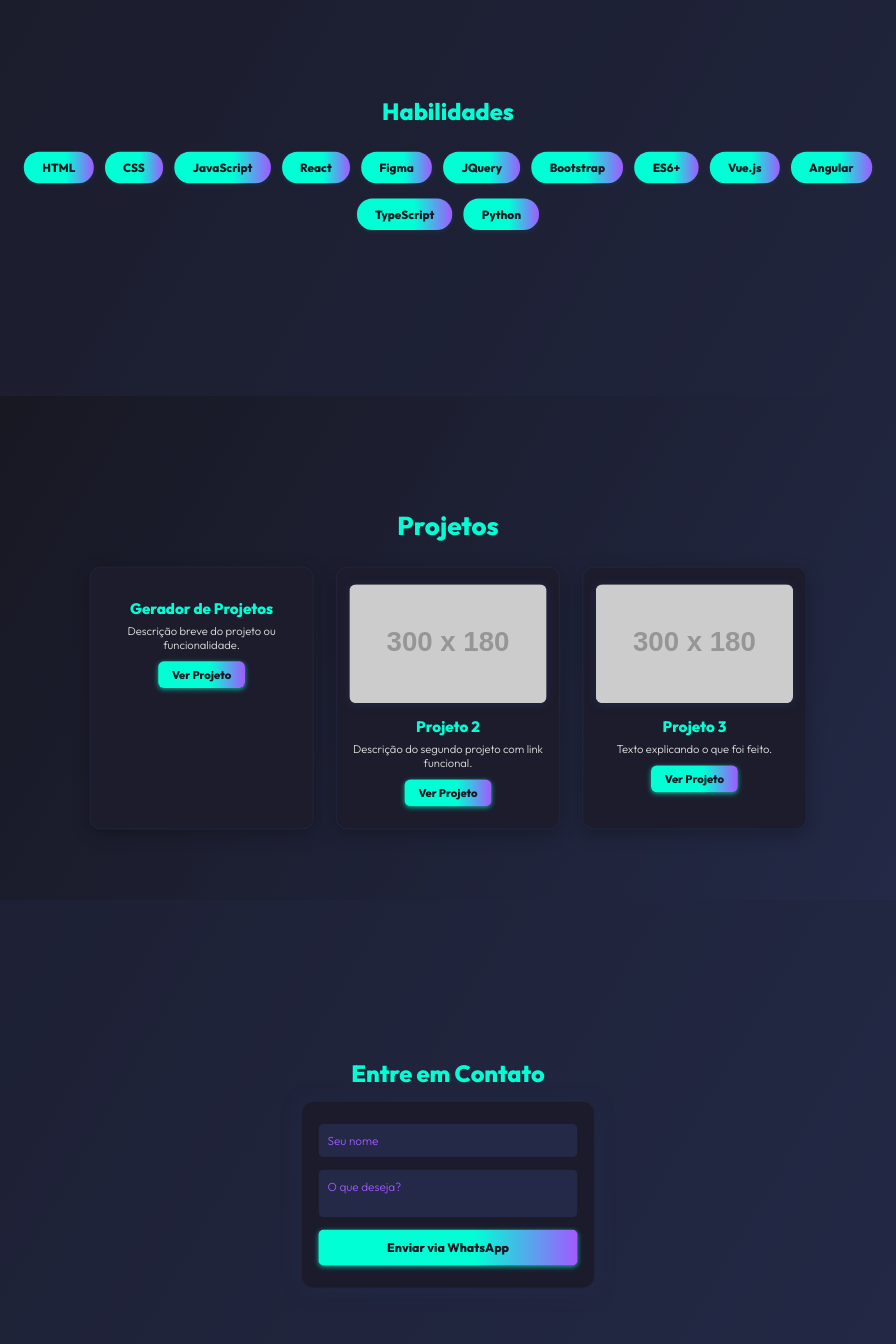
Repository: Wbyh7z/meu-portfolio
Page: index.html
The author's editor kept a copy of each file at every save. The page is drawn from the files as they stood at one save, then again after the next save.
The browser window is 1280 px wide. The pictures show the part of the page from y = 1594 to 3514 px (the page is 3696 px tall), at 70% of full size.

Above is the page before, as saved 2025-08-11 00:20:06.

### index.html
<!DOCTYPE html>
<html lang="pt-br">
<head>
  <meta charset="UTF-8" />
  <meta name="viewport" content="width=device-width, initial-scale=1.0"/>
  <title>Portfólio - Freelancer Metzad</title>
  <meta name="description" content="Portfólio de Weberty Marcilio, desenvolvedor front-end. Veja projetos, habilidades e entre em contato.">
  <link rel="icon" href="../img/IMG_1729.JPG" type="image/jpeg">
  <link rel="stylesheet" href="style.css" />
  <link href="https://fonts.googleapis.com/css2?family=Outfit:wght@300;600;800&display=swap" rel="stylesheet">
</head>
<body>
  <nav class="navbar">
    <div class="menu-toggle" id="menu-toggle" aria-label="Abrir menu" tabindex="0">
      <span></span>
      <span></span>
      <span></span>
    </div>
    <ul id="nav-list">
      <li><a href="#inicio" class="active" aria-label="Ir para início">Início</a></li>
      <li><a href="#sobre" aria-label="Ir para sobre mim">Sobre Mim</a></li>
      <li><a href="#habilidades" aria-label="Ir para habilidades">Habilidades</a></li>
      <li><a href="#projetos" aria-label="Ir para projetos">Projetos</a></li>
      <li><a href="#contato" aria-label="Ir para contato">Contato</a></li>
    </ul>
  </nav>

  <section id="inicio" class="inicio">
    <div class="container">
      <img src="../img/IMG_1729.JPG" alt="Foto de Weberty Marcilio" class="foto" />
      <h1 class="nome">Weberty Marcilio</h1>
      <p class="profissao">Desenvolvedor Front-End</p>
    </div>
  </section>

  <section id="sobre" class="sobre">
    <div class="glass-box">
      <h2>Sobre Mim</h2>
      <p>
        Sou um desenvolvedor front-end apaixonado por criar interfaces bonitas, responsivas e modernas.
        Gosto de transformar ideias em código com atenção aos detalhes e uma boa dose de criatividade.
      </p>
    </div>
  </section>

  <section id="habilidades" class="habilidades">
    <h2>Habilidades</h2>
    <div class="skills">
      <span>HTML</span>
      <span>CSS</span>
      <span>JavaScript</span>
      <span>React</span>
      <span>Figma</span>
      <span>JQuery</span>
      <span>Bootstrap</span>
      <span>ES6+</span>
      <span>Vue.js</span>
      <span>Angular</span>
      <span>TypeScript</span>
      <span>Python</span>
    </div>
  </section>

  <section id="projetos">
    <h2>Projetos</h2>
    <div class="projetos-container">
      <div class="projeto">
        <img src="#" alt="">
        <h3>Gerador de Projetos</h3>
        <p>Descrição breve do projeto ou funcionalidade.</p>
        <a href="https://geradordeprojetos.netlify.app/" target="_blank" rel="noopener">Ver Projeto</a>
      </div>
      <div class="projeto">
        <img src="https://via.placeholder.com/300x180" alt="Imagem do Projeto 2">
        <h3>Projeto 2</h3>
        <p>Descrição do segundo projeto com link funcional.</p>
        <a href="https://github.com/seuusuario/projeto2" target="_blank" rel="noopener">Ver Projeto</a>
      </div>
      <div class="projeto">
        <img src="https://via.placeholder.com/300x180" alt="Imagem do Projeto 3">
        <h3>Projeto 3</h3>
        <p>Texto explicando o que foi feito.</p>
        <a href="https://github.com/seuusuario/projeto3" target="_blank" rel="noopener">Ver Projeto</a>
      </div>
    </div>
  </section>

  <section id="contato" class="contato">
    <h2>Entre em Contato</h2>
    <form class="formulario-contato" onsubmit="EnviarWhatsApp(event)">
      <label for="nome" style="display:none;">Nome</label>
      <input type="text" id="nome" placeholder="Seu nome" required>
      <label for="mensagem" style="display:none;">Mensagem</label>
      <textarea id="mensagem" placeholder="O que deseja?" required></textarea>
      <button type="submit">Enviar via WhatsApp</button>
      <div id="msg-sucesso" style="display:none;color:#00ffd5;margin-top:10px;font-weight:bold;">
        Mensagem enviada pelo WhatsApp!
      </div>
    </form>
  </section>

  <footer style="text-align:center;padding:18px 0;color:#a259ff;font-size:0.95rem;">
    © 2025 Weberty Marcilio. Todos os direitos reservados.
  </footer>

  <script>
    // Menu mobile
    const menuToggle = document.getElementById('menu-toggle');
    const navList = document.getElementById('nav-list');
    menuToggle.addEventListener('click', () => {
      navList.classList.toggle('open');
    });
    menuToggle.addEventListener('keypress', (e) => {
      if (e.key === 'Enter') navList.classList.toggle('open');
    });

    // Navbar ativo
    const links = document.querySelectorAll('.navbar a');
    links.forEach(link => {
      link.addEventListener('click', function() {
        links.forEach(l => l.classList.remove('active'));
        this.classList.add('active');
        if(window.innerWidth <= 768) navList.classList.remove('open');
      });
    });

    // WhatsApp com feedback visual
    function EnviarWhatsApp(event) {
      event.preventDefault();
      const nome = document.getElementById("nome").value;
      const mensagem = document.getElementById("mensagem").value;
      const telefone = "5563992388347";
      const texto = `Olá, meu nome é ${nome}, ${mensagem}`;
      const msgFormatada = encodeURIComponent(texto);
      const url = `https://wa.me/${telefone}?text=${msgFormatada}`;
      window.open(url, "_blank");
      document.getElementById("msg-sucesso").style.display = "block";
      setTimeout(() => {
        document.getElementById("msg-sucesso").style.display = "none";
      }, 3000);
    }
  </script>
</body>
</html>

### style.css
* {
  margin: 0;
  padding: 0;
  box-sizing: border-box;
  font-family: 'Outfit', sans-serif;
}

body {
  min-height: 100vh;
  background: linear-gradient(120deg, #181823 0%, #232946 100%);
  color: #fff;
  scroll-behavior: smooth;
  position: relative;
  overflow-x: hidden;
}

/* ANIMAÇÃO DE FUNDO */
body::before {
  content: "";
  position: fixed;
  top: -100px;
  left: -100px;
  width: 120vw;
  height: 120vh;
  background: radial-gradient(circle at 20% 20%, #00ffd5 0%, transparent 60%),
              radial-gradient(circle at 80% 80%, #a259ff 0%, transparent 60%);
  opacity: 0.08;
  z-index: 0;
  pointer-events: none;
}

/* NAVBAR */
.navbar {
  position: fixed;
  top: 0;
  width: 100%;
  background: rgba(17, 17, 17, 0.95);
  display: flex;
  justify-content: center;
  z-index: 1000;
  box-shadow: 0 2px 16px rgba(0,0,0,0.4);
  transition: background 0.3s;
}

.navbar ul {
  display: flex;
  list-style: none;
  padding: 1rem 2rem;
  gap: 2.5rem;
}

.navbar a {
  color: #fff;
  text-decoration: none;
  font-weight: 600;
  font-size: 1.1rem;
  letter-spacing: 1px;
  padding: 8px 18px;
  border-radius: 8px;
  transition: color 0.3s, background 0.3s, outline 0.2s;
}

.navbar a:hover,
.navbar a.active {
  color: #181823;
  background: #00ffd5;
}

.navbar a:focus {
  outline: 2px solid #00ffd5;
  outline-offset: 2px;
}

/* MENU HAMBURGUER MOBILE */
.menu-toggle {
  display: none;
  flex-direction: column;
  justify-content: center;
  cursor: pointer;
  margin-left: 1rem;
}

.menu-toggle span {
  width: 28px;
  height: 3px;
  background: #fff;
  margin: 4px 0;
  border-radius: 2px;
  transition: 0.4s;
}

/* SECTIONS */
section {
  padding: 120px 20px 60px 20px;
  min-height: 100vh;
  display: flex;
  flex-direction: column;
  justify-content: center;
  align-items: center;
  text-align: center;
  position: relative;
  z-index: 1;
  transition: box-shadow 0.3s, transform 0.3s, background 0.3s, color 0.3s;
}

/* INÍCIO */
.inicio .foto {
  width: 170px;
  height: 170px;
  border-radius: 50%;
  object-fit: cover;
  border: 6px solid #00ffd5;
  box-shadow: 0 0 40px #00ffd5, 0 0 0 10px #232946;
  animation: float 3s ease-in-out infinite;
  margin-bottom: 18px;
  transition: box-shadow 0.3s, border 0.3s;
}

@keyframes float {
  0% { transform: translateY(0);}
  50% { transform: translateY(-12px);}
  100% { transform: translateY(0);}
}

.inicio .nome {
  margin-top: 10px;
  font-size: 2.7rem;
  font-weight: 800;
  letter-spacing: 1px;
  color: #00ffd5;
  text-shadow: 0 2px 12px #181823;
}

.inicio .profissao {
  color: #a259ff;
  font-size: 1.3rem;
  margin-top: 8px;
  font-weight: 600;
  letter-spacing: 1px;
}

/* SOBRE */
.sobre .glass-box {
  background: rgba(255, 255, 255, 0.07);
  backdrop-filter: blur(12px);
  border-radius: 22px;
  padding: 48px 32px;
  box-shadow: 0 0 32px rgba(128, 0, 255, 0.25);
  max-width: 700px;
  width: 95%;
  border: 1.5px solid rgba(255, 255, 255, 0.13);
  margin-top: 24px;
  transition: box-shadow 0.4s, transform 0.4s, background 0.3s;
}

.sobre .glass-box:hover {
  box-shadow: 0 0 48px rgba(170, 0, 255, 0.5);
  transform: scale(1.015);
  background: rgba(255,255,255,0.10);
}

.sobre .glass-box h2 {
  color: #00ffd5;
  margin-bottom: 18px;
  font-size: 2.1rem;
}

.sobre .glass-box p {
  font-size: 1.15rem;
  line-height: 1.7;
  color: #e0e0e0;
}

/* HABILIDADES */
.habilidades h2 {
  color: #00ffd5;
  font-size: 2.1rem;
  margin-bottom: 18px;
}

.skills {
  display: flex;
  flex-wrap: wrap;
  justify-content: center;
  margin-top: 18px;
  gap: 1rem;
}

.skills span {
  background: linear-gradient(90deg, #00ffd5 60%, #a259ff 100%);
  color: #181823;
  padding: 12px 26px;
  border-radius: 22px;
  font-weight: bold;
  font-size: 1.05rem;
  box-shadow: 0 2px 8px rgba(0,255,213,0.08);
  margin-bottom: 6px;
  transition: transform 0.2s, box-shadow 0.2s, background 0.3s, color 0.3s;
}

.skills span:hover,
.skills span:focus {
  transform: scale(1.08) rotate(-2deg);
  box-shadow: 0 4px 16px #00ffd5;
  background: linear-gradient(90deg, #a259ff 60%, #00ffd5 100%);
  color: #fff;
  outline: 2px solid #00ffd5;
}

/* PROJETOS */
#projetos {
  background: linear-gradient(120deg, #181823 0%, #232946 100%);
  color: #fff;
  text-align: center;
}

#projetos h2 {
  font-size: 2.3rem;
  margin-bottom: 36px;
  color: #00ffd5;
}

.projetos-container {
  display: flex;
  flex-wrap: wrap;
  justify-content: center;
  gap: 32px;
}

.projeto {
  background: rgba(28, 28, 44, 0.98);
  border-radius: 16px;
  padding: 24px 18px;
  width: 320px;
  transition: transform 0.3s, box-shadow 0.3s, border 0.3s;
  box-shadow: 0 6px 24px rgba(0,0,0,0.25);
  text-align: center;
  border: 1.5px solid #232946;
  position: relative;
  overflow: hidden;
}

.projeto:hover,
.projeto:focus-within {
  transform: translateY(-8px) scale(1.04);
  box-shadow: 0 12px 32px #00ffd5aa;
  border-color: #00ffd5;
}

.projeto img {
  width: 100%;
  border-radius: 10px;
  margin-bottom: 15px;
  box-shadow: 0 2px 12px #232946;
  transition: box-shadow 0.3s;
}

.projeto h3 {
  font-size: 1.35rem;
  margin-bottom: 8px;
  color: #00ffd5;
}

.projeto p {
  font-size: 1rem;
  margin-bottom: 14px;
  color: #e0e0e0;
}

.projeto a {
  background: linear-gradient(90deg, #00ffd5 60%, #a259ff 100%);
  color: #181823;
  padding: 9px 20px;
  border-radius: 8px;
  text-decoration: none;
  font-weight: bold;
  font-size: 1rem;
  transition: background 0.3s, color 0.3s, border 0.3s;
  box-shadow: 0 2px 8px #00ffd5aa;
  display: inline-block;
  margin-bottom: 8px;
}

.projeto a:hover,
.projeto a:focus {
  background: #181823;
  color: #00ffd5;
  border: 1.5px solid #00ffd5;
  outline: 2px solid #00ffd5;
}

/* CONTATO */
.contato h2 {
  color: #00ffd5;
  font-size: 2.1rem;
  margin-bottom: 18px;
}

.formulario-contato {
  display: flex;
  flex-direction: column;
  gap: 18px;
  width: 95%;
  max-width: 420px;
  margin: 0 auto;
  background: rgba(28, 28, 44, 0.98);
  padding: 32px 24px;
  border-radius: 18px;
  box-shadow: 0 4px 24px #232946;
  border: 1.5px solid #232946;
}

.formulario-contato input,
.formulario-contato textarea {
  padding: 12px;
  border: none;
  border-radius: 7px;
  font-size: 1.05rem;
  background: #232946;
  color: #fff;
  resize: none;
  outline: none;
  transition: box-shadow 0.2s, border 0.2s;
  border: 1.5px solid transparent;
}

.formulario-contato input:focus,
.formulario-contato textarea:focus {
  border: 1.5px solid #00ffd5;
  box-shadow: 0 0 8px #00ffd5;
  outline: 2px solid #00ffd5;
}

.formulario-contato button {
  padding: 14px;
  background: linear-gradient(90deg, #00ffd5 60%, #a259ff 100%);
  border: none;
  border-radius: 7px;
  font-weight: bold;
  color: #181823;
  font-size: 1.1rem;
  cursor: pointer;
  transition: background 0.3s, color 0.3s, border 0.3s;
  box-shadow: 0 2px 8px #00ffd5aa;
}

.formulario-contato button:hover,
.formulario-contato button:focus {
  background: #181823;
  color: #00ffd5;
  border: 1.5px solid #00ffd5;
  outline: 2px solid #00ffd5;
}

#msg-sucesso {
  transition: opacity 0.4s;
  opacity: 1;
}

/* Placeholders com contraste */
::placeholder {
  color: #a259ff;
  opacity: 1;
}

/* FOOTER */
footer {
  background: transparent;
  border-top: 1px solid #232946;
  margin-top: 40px;
  text-align: center;
  padding: 18px 0;
  color: #a259ff;
  font-size: 0.95rem;
}

/* RESPONSIVO */
@media (max-width: 900px) {
  .projetos-container {
    flex-direction: column;
    align-items: center;
  }
  .projeto {
    width: 95%;
    max-width: 400px;
  }
}

@media (max-width: 768px) {
  .navbar ul {
    flex-direction: column;
    background: #111;
    position: absolute;
    top: 60px;
    left: 0;
    width: 100vw;
    display: none;
    z-index: 2000;
    padding: 1rem 0;
    gap: 1.5rem;
  }
  .navbar ul.open {
    display: flex;
  }
  .menu-toggle {
    display: flex;
    position: absolute;
    right: 24px;
    top: 18px;
    z-index: 2001;
  }
  section {
    padding-top: 100px;
  }
  .inicio .nome {
    font-size: 2rem;
  }
  .skills {
    flex-direction: column;
  }
}

@media (max-width: 500px) {
  .inicio .foto {
    width: 120px;
    height: 120px;
  }
  .projeto {
    padding: 14px 6px;
  }
  .formulario-contato {
    padding: 18px 6px;
  }
}

After the next save:
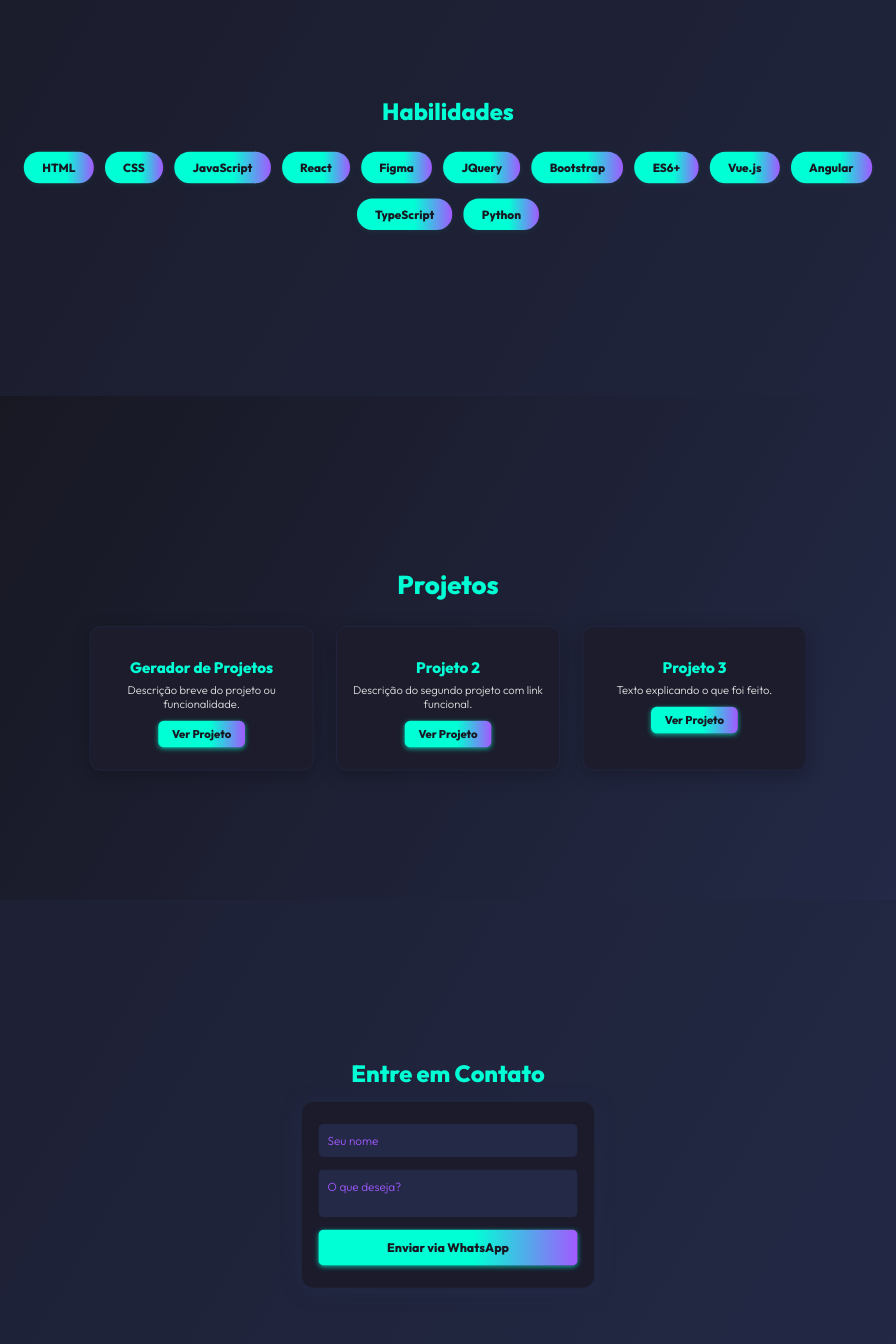
Saved 15 min 18 s later.
--- a/index.html
+++ b/index.html
@@ -71,13 +71,13 @@
         <a href="https://geradordeprojetos.netlify.app/" target="_blank" rel="noopener">Ver Projeto</a>
       </div>
       <div class="projeto">
-        <img src="https://via.placeholder.com/300x180" alt="Imagem do Projeto 2">
+        <img src="#" alt="">
         <h3>Projeto 2</h3>
         <p>Descrição do segundo projeto com link funcional.</p>
         <a href="https://github.com/seuusuario/projeto2" target="_blank" rel="noopener">Ver Projeto</a>
       </div>
       <div class="projeto">
-        <img src="https://via.placeholder.com/300x180" alt="Imagem do Projeto 3">
+        <img src="#" alt="">
         <h3>Projeto 3</h3>
         <p>Texto explicando o que foi feito.</p>
         <a href="https://github.com/seuusuario/projeto3" target="_blank" rel="noopener">Ver Projeto</a>
